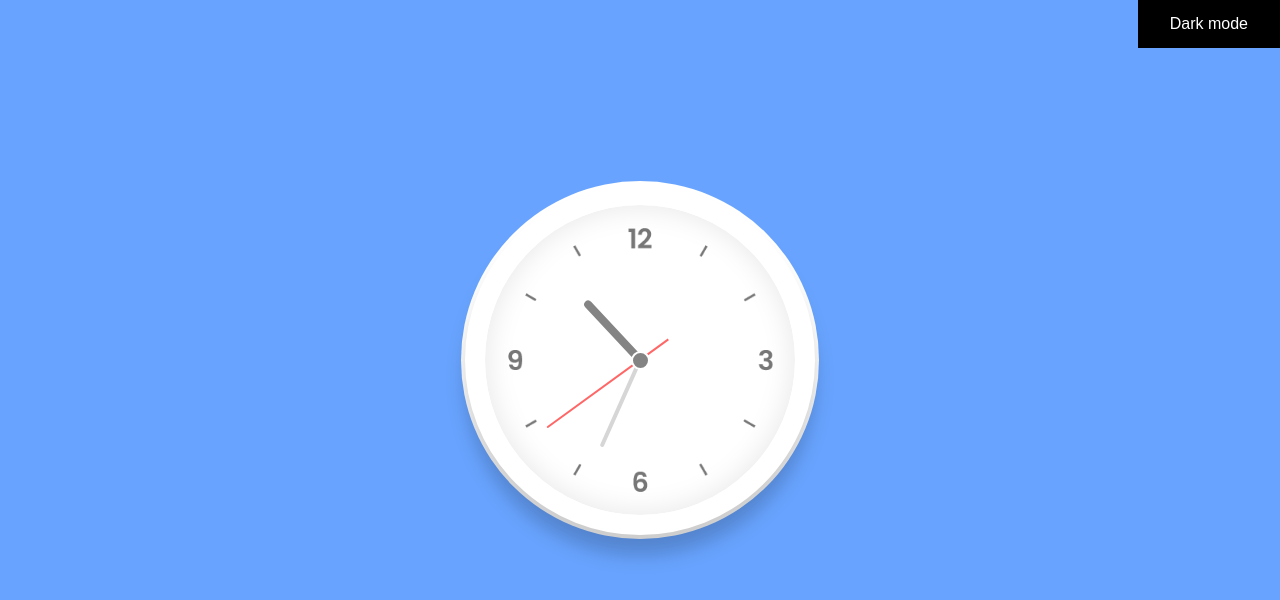
Repository: DaNiels89/analog-clock
Page: index.html
The author's editor kept a copy of each file at every save. The page is drawn from the files as they stood at one save, then again after the next save.
The browser window is 1280 px wide. The pictures show the whole page.

Above is the page before, as saved 2020-06-20 12:39:45.

### index.html
<!DOCTYPE html>
<html lang="en">

<head>
    <meta charset="UTF-8">
    <meta name="viewport" content="width=device-width, initial-scale=1.0">
    <title>Analog Clock</title>
    <link rel="stylesheet" id="stylesheet" href="css/lightmode.css">
    <!-- <link rel="stylesheet" href="css/darkmode.css"> -->
</head>

<body>
    <div class="toggle-mode">
        <button class="button light-mode hidden" onclick="lightMode()">Light mode</button>
        <button class="button dark-mode" onclick="darkMode()">Dark mode</button>
    </div>
    <div class="clock">
        <div class="hour">
            <div class="hr" id="hr"></div>
        </div>
        <div class="min">
            <div class="mn" id="mn"></div>
        </div>
        <div class="sec">
            <div class="sc" id="sc"></div>
        </div>
    </div>

    <script src="js/main.js"></script>
</body>

</html>

### css/lightmode.css
* {
    margin: 0;
    padding: 0;
    box-sizing: border-box;
  }

  body {
    display: flex;
    justify-content: center;
    align-items: center;
    min-height: 100vh;
    background: #68a4ff
  }

  .button.dark-mode {
    background-color: #000;
    border: none;
    color: white;
    padding: 15px 32px;
    text-align: center;
    text-decoration: none;
    font-size: 16px;
  }

  .button.hidden {
    display: none;
  }

  .toggle-mode {
    position: absolute;
    right: 0;
    top: 0;
  }

  .clock {
    width: 350px;
    height: 350px;
    display: flex;
    justify-content: center;
    align-items: center;
    background: #fff url(../img/clock.png);
    background-size: cover;
    border-radius: 50%;
    border: 20px solid #fff;
    box-shadow: inset 0 0 30px rgba(0,0,0,.1),
                0 20px 20px rgba(0,0,0,.2),
                0 0 0 4px rgba(255,255,255,1);
  }

  .clock::before {
    content: "";
    position: absolute;
    width: 15px;
    height: 15px;
    background: #848484;
    border: 2px solid #fff;
    border-radius: 50%;
    z-index: 10000;
  }

  .clock .hour,
  .clock .min,
  .clock .sec {
    position: absolute;
  }

  .clock .hour, .hr {
    width: 160px;
    height: 160px;
  }

  .clock .min, .mn {
    width: 190px;
    height: 190px;
  }

  .clock .sec, .sc {
    width: 230px;
    height: 230px;
  }

  .hr, .mn, .sc {
    display: flex;
    justify-content: center;
    position: absolute;
    border-radius: 50%;;
  }

  .hr::before {
    content: "";
    position: absolute;
    width: 8px;
    height: 80px;
    background: #848484;
    z-index: 10;
    border-radius: 6px 6px 0 0;
  }

  .mn::before {
    content: "";
    position: absolute;
    width: 4px;
    height: 90px;
    background: #d6d6d6;
    z-index: 11;
    border-radius: 6px 6px 0 0;
  }

  .sc::before {
    content: "";
    position: absolute;
    width: 2px;
    height: 150px;
    background: #ff6767;
    z-index: 12;
    border-radius: 6px 6px 0 0;
  }

### js/main.js
const deg = 6
const hr = document.querySelector("#hr")
const mn = document.querySelector("#mn")
const sc = document.querySelector("#sc")

setInterval(() => {
    let day = new Date()
    let hh = day.getHours() * 30
    let mm = day.getMinutes() * deg
    let ss = day.getSeconds() * deg

    hr.style.transform = `rotateZ(${(hh) + (mm / 12)}deg)`
    mn.style.transform = `rotateZ(${(mm)}deg)`
    sc.style.transform = `rotateZ(${(ss)}deg)`
})

function lightMode() {
    document.getElementById("stylesheet").setAttribute('href', 'css/lightmode.css');
    document.querySelector(".button.light-mode").classList.add("hidden")
    document.querySelector(".button.dark-mode").classList.remove("hidden")
}

function darkMode() {
    document.getElementById("stylesheet").setAttribute('href', 'css/darkmode.css');
    document.querySelector(".button.light-mode").classList.remove("hidden")
    document.querySelector(".button.dark-mode").classList.add("hidden")
}

After the next save:
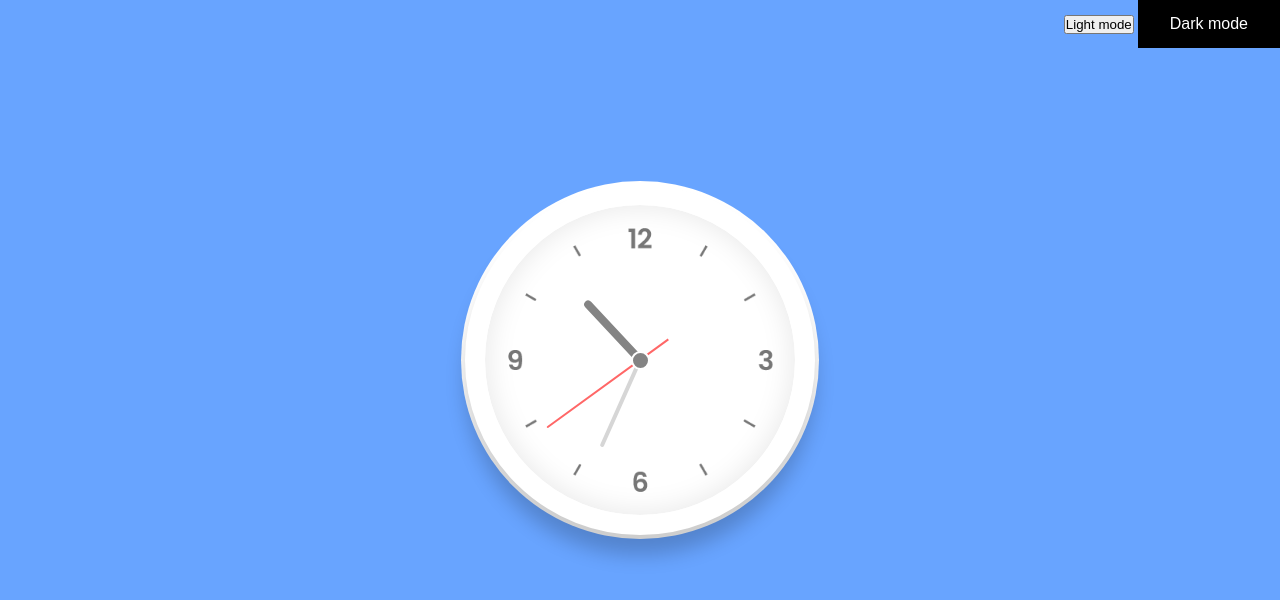
Saved 15 s later.
--- a/index.html
+++ b/index.html
@@ -11,7 +11,7 @@
 
 <body>
     <div class="toggle-mode">
-        <button class="button light-mode hidden" onclick="lightMode()">Light mode</button>
+        <button class="button light-mode" onclick="lightMode()">Light mode</button>
         <button class="button dark-mode" onclick="darkMode()">Dark mode</button>
     </div>
     <div class="clock">
